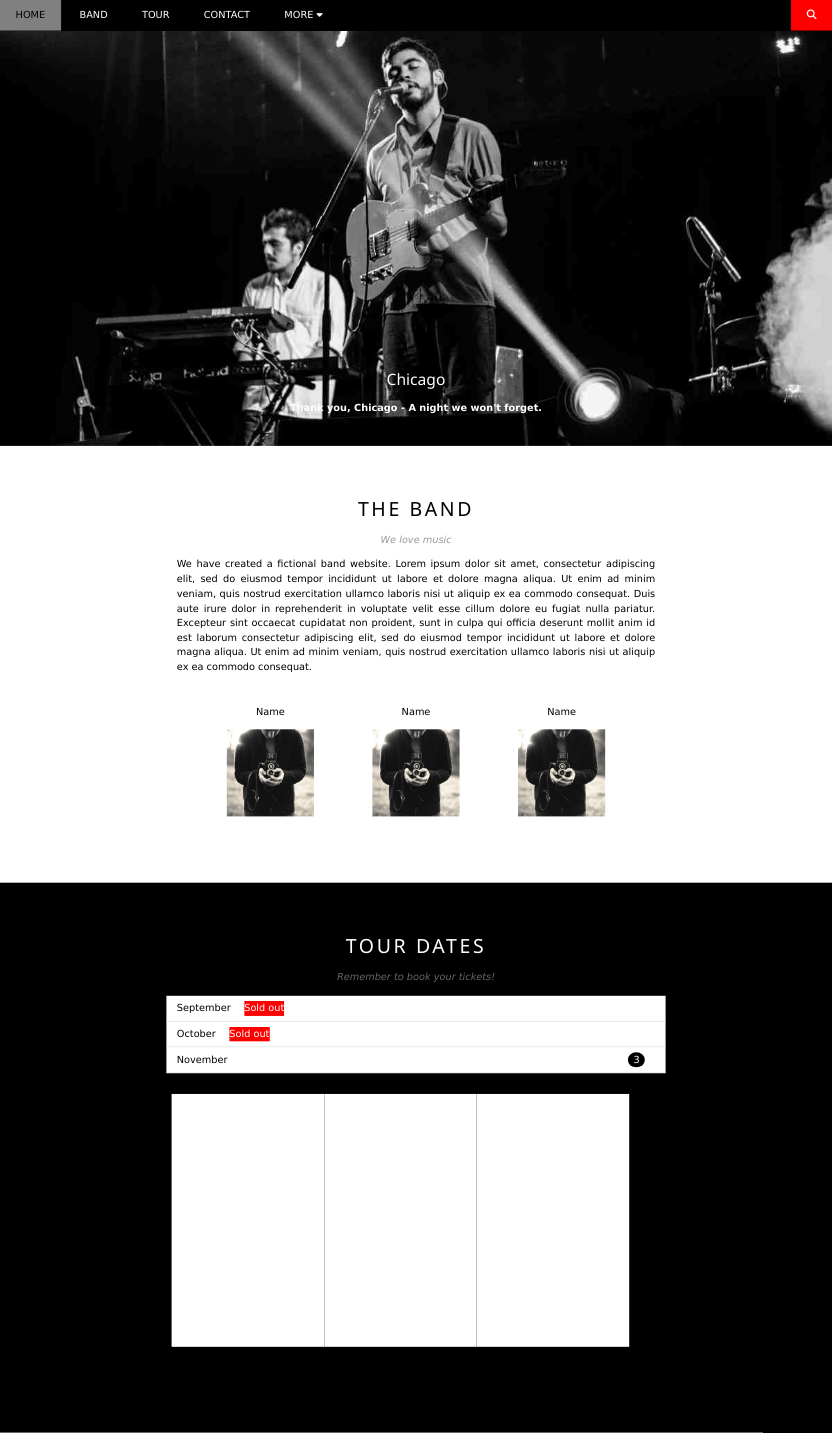
Repository: ngotranphuongbao/theband
Page: index.html
The author's editor kept a copy of each file at every save. The page is drawn from the files as they stood at one save, then again after the next save.
The browser window is 1280 px wide. The pictures show the whole page, at 65% of full size.
Some web libraries are served in a nearby version.

Above is the page before, as saved 2022-12-22 02:48:16.

After the next save:
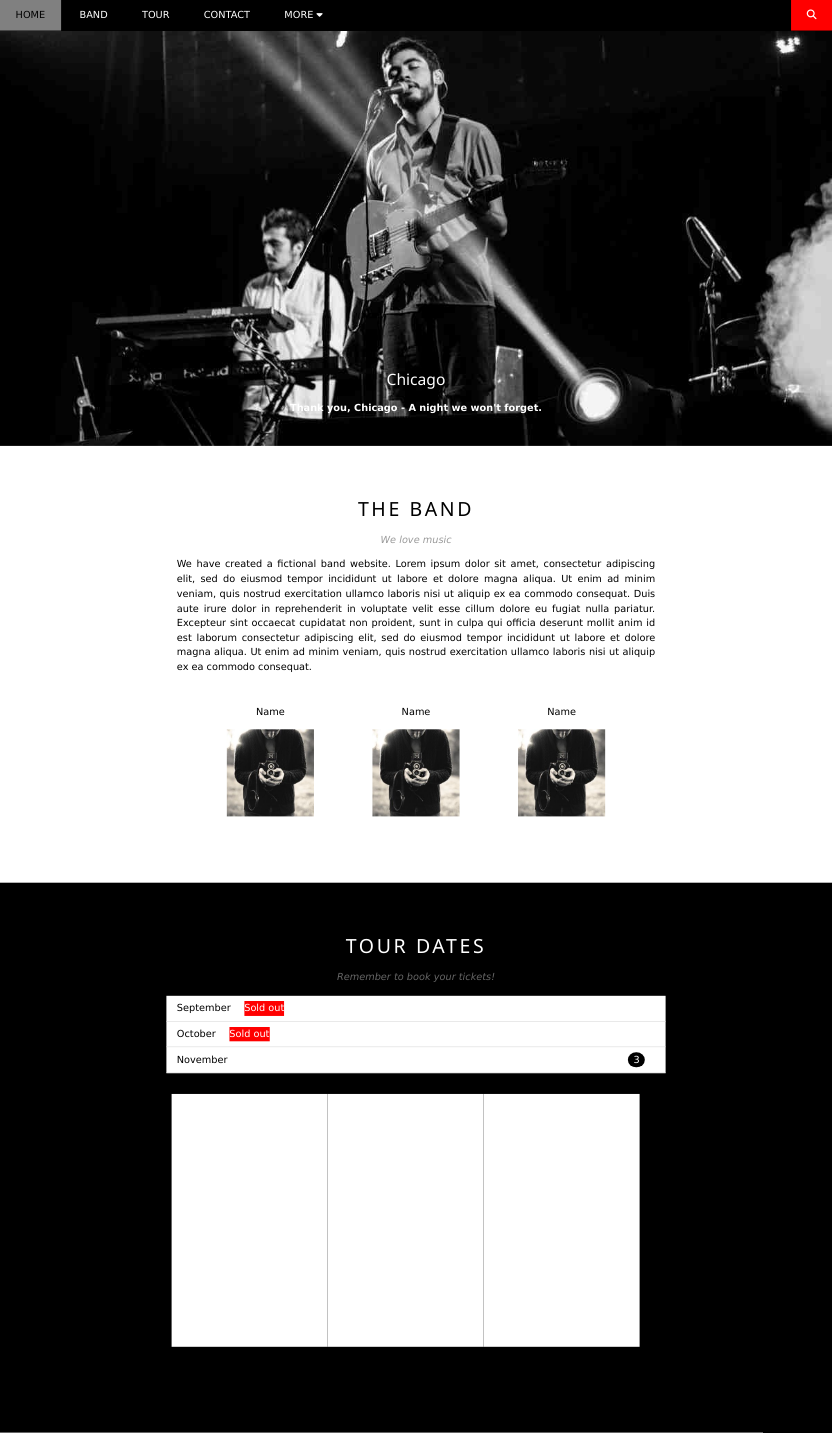
Saved 39 s later.
--- a/assets/css/style.css
+++ b/assets/css/style.css
@@ -226,7 +226,7 @@
 .location-infor {
     display: inline-block;
     float: left;
-    width: calc((100% - 48px) / 3);
+    width: calc((100% - 32px) / 3);
     height: calc(100% - 16px);
     background-color: white;
     margin-bottom: 16px;
